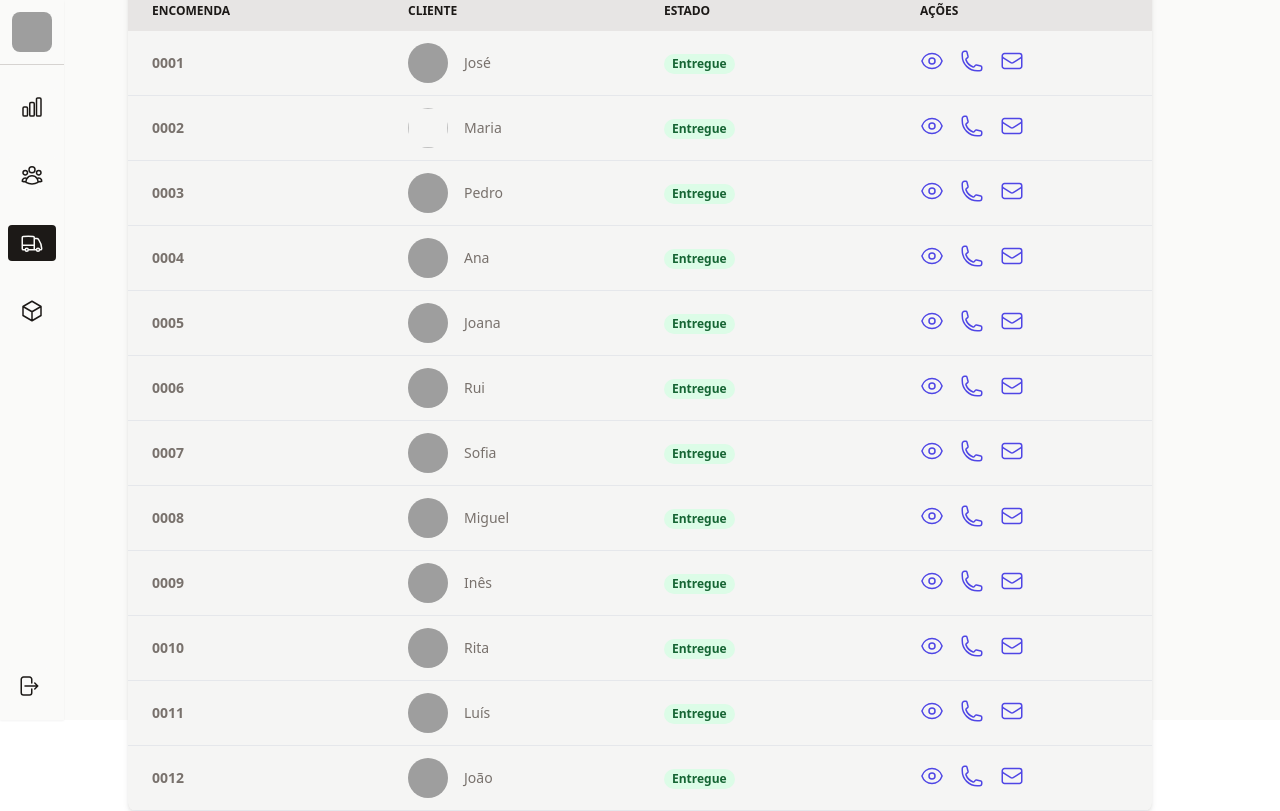
Repository: XavierOtavio/Cuzinhas
Page: /dashboard/orders
An editor plug-in stored every save of this project. The page is shown before and after the next save, followed by the edit.
The browser window is 1280 px wide. The pictures show the whole page.
Pictures or frames that could not be fetched are drawn as grey boxes. The project was rebuilt for these pictures with package versions that can differ from the ones it lists, and the page was loaded fresh each time. Also part of the build but not shown: src/components/Logotipo.js, src/components/Header.js, src/components/Dashboard.js, src/components/Login.js, src/components/Register.js, src/components/Home.js, src/components/LayoutFront.js.

Above is the page before, as saved 2023-03-08 15:45:09.

### src/App.js
import { Route, Routes } from "react-router-dom";
import Header from "./components/Header";
import LayoutBackend from "./components/LayoutBackend";
import Dashboard from "./components/Dashboard";
import Orders from "./components/Orders";
import Login from "./components/Login";
import Register from "./components/Register";
import Home from "./components/Home";
import LayoutFront from "./components/LayoutFront";

function App() {
  return (
    <div className="App">
      <Routes>
        <Route path="/dashboard" element={<LayoutBackend />}>
          <Route path="" element={<Dashboard />} />
          <Route path="orders" element={<Orders />} />
        </Route>
        <Route path="" element={<LayoutFront />}>
          <Route path="/" element={<Home />} />
        </Route>
        <Route path="/login" element={<Login />} />
        <Route path="/register" element={<Register />} />
      </Routes>
    </div>
  );
}

export default App;

### src/components/LayoutBackend.js
import React from "react";
import SideBar from "./SideBar";
import { Outlet } from "react-router-dom";

export default function LayoutBackend() {
  return (
    <>
      <div className="absolute h-screen w-screen">
        <SideBar />
        <div className="relative flex h-full items-center justify-center bg-stone-50">
          <Outlet />
        </div>
      </div>
    </>
  );
}

### src/components/Orders.js
import { EyeIcon, PhoneIcon, EnvelopeIcon } from "@heroicons/react/24/outline";
import { useState } from "react";

export default function Orders() {
  const [search, setSearch] = useState({ status: "" });
  let orders = [
    {
      id: "0001",
      name: "José",
      profilePhoto:
        "https://fd230791b4.cbaul-cdnwnd.com/6573da65277e34d2c8f10c32c9f32cbf/200000001-4c1aa4d753/1246700716628_f.jpg",
      status: "Canceled",
      phone: "912345678",
      email: "jose@cuzinhas.pt",
    },
    {
      id: "0002",
      name: "Maria",
      status: "Refunded",
      phone: "912345678",
      email: "jose@cuzinhas.pt",
    },
    {
      id: "0003",
      name: "Pedro",
      profilePhoto:
        "https://media.npr.org/assets/img/2022/11/08/ap22312071681283-0d9c328f69a7c7f15320e8750d6ea447532dff66.jpg",
      status: "PendingPayment",
      phone: "912345678",
      email: "jose@cuzinhas.pt",
    },
    {
      id: "0004",
      name: "Ana",
      profilePhoto:
        "https://politics.princeton.edu/sites/default/files/styles/square/public/images/Aseel%20Profile%20Pic.jpg?h=96281f56&itok=_XvylDKQ",
      status: "Assembling",
      phone: "912345678",
      email: "jose@cuzinhas.pt",
    },
    {
      id: "0005",
      name: "Joana",
      profilePhoto:
        "https://politics.princeton.edu/sites/default/files/styles/square/public/images/YutianAn0919_0004.jpg?h=6bb51d0e&itok=D-1_EYgw",
      status: "Scheduling",
      phone: "912345678",
      email: "jose@cuzinhas.pt",
    },
    {
      id: "0006",
      name: "Rui",
      profilePhoto:
        "https://politics.princeton.edu/sites/default/files/styles/square/public/images/p-5.jpeg?h=87dbaab7&itok=ub6jAL5Q",
      status: "Scheduled",
      phone: "912345678",
      email: "jose@cuzinhas.pt",
    },
    {
      id: "0007",
      name: "Sofia",
      profilePhoto:
        "https://politics.princeton.edu/sites/default/files/styles/square/public/images/Elizabeth-Bachman_092721_0003.jpg?h=102c6dce&itok=uL0Sbls1",
      status: "Canceled",
      phone: "912345678",
      email: "jose@cuzinhas.pt",
    },
    {
      id: "0008",
      name: "Miguel",
      profilePhoto:
        "https://politics.princeton.edu/sites/default/files/styles/square/public/images/GordonArsenoff_072721_0014-edit%20%281%29.jpg?h=39a78a6d&itok=hgDXBQsE",
      status: "Refunded",
      phone: "912345678",
      email: "jose@cuzinhas.pt",
    },
    {
      id: "0009",
      name: "Inês",
      profilePhoto:
        "https://politics.princeton.edu/sites/default/files/styles/square/public/images/p-4.jpeg?h=6d5fbd74&itok=UAzUQXdO",
      status: "PendingPayment",
      phone: "912345678",
      email: "jose@cuzinhas.pt",
    },
    {
      id: "0010",
      name: "Rita",
      profilePhoto:
        "https://politics.princeton.edu/sites/default/files/styles/square/public/images/Al-Shami.jpeg?h=227444a7&itok=hmE_Lctk",
      status: "Assembling",
      phone: "912345678",
      email: "jose@cuzinhas.pt",
    },
    {
      id: "0011",
      name: "Luís",
      profilePhoto:
        "https://politics.princeton.edu/sites/default/files/styles/square/public/images/Alkhawaldeh_Headshot.jpg?h=6a43611b&itok=RFd3qC78",
      status: "Scheduling",
      phone: "912345678",
      email: "jose@cuzinhas.pt",
    },
    {
      id: "0012",
      name: "João",
      profilePhoto:
        "https://politics.princeton.edu/sites/default/files/styles/square/public/images/Greg%20Amusu%20Department%20Photo%20%28002%29%202.jpeg?itok=lqtdmKJB",
      status: "Scheduled",
      phone: "912345678",
      email: "jose@cuzinhas.pt",
    },
  ];

  const filteredOrders = orders.filter((order) => {
    if (search.status === "") {
      return order;
    } else if (order.status === search.status) {
      return order;
    }
  });

  return (
    <div className="w-full mx-32 overflow-x-auto shadow-md sm:rounded-lg bg-stone-200">
      <div className="flex items-center justify-between pb-4">
        <div className="relative mx-6 my-3 flex-1">
          <select
            required
            value={search.admin}
            name="adminCheck"
            id="adminCheck"
            onChange={(e) => setSearch({ status: e.target.value })}
            className="peer block w-full appearance-none border-0 border-b-2 border-gray-300 bg-transparent px-0 py-2.5 text-sm text-gray-900 focus:border-red-600 focus:outline-none focus:ring-0 "
          >
            <option value={""}>Todos</option>
            <option value={"Canceled"}>Cancelado</option>
            <option value={"Refunded"}>Reembolsado</option>
            <option value={"PendingPayment"}>À espera de pagamento</option>
            <option value={"Assembling"}>Em produção</option>
            <option value={"Scheduling"}>À espera de agendamento</option>
            <option value={"Scheduled"}>Agendado</option>
            <option value={"Assembling"}>Em instalação</option>
            <option value={"Done"}>Concluido</option>
          </select>
          <label
            htmlFor="adminCheck"
            className="absolute top-3 -z-10 origin-[0] -translate-y-6 scale-75 transform text-sm text-gray-500 duration-300 peer-placeholder-shown:translate-y-0 peer-placeholder-shown:scale-100 peer-focus:left-0 peer-focus:-translate-y-6 peer-focus:scale-75 peer-focus:font-medium peer-focus:text-orange-500"
          >
            Tipo de utilizador
          </label>
        </div>
        <div className="flex-[4]" />
      </div>
      <table className="table-fixed w-full text-sm text-left text-stone-500">
        <thead className="text-xs text-stone-900 uppercase ">
          <tr>
            <th className="px-6 py-3" scope="col">
              Encomenda
            </th>
            <th className="px-6 py-3" scope="col">
              Cliente
            </th>
            <th className="px-6 py-3" scope="col">
              Estado
            </th>
            <th className="px-6 py-3" scope="col">
              Ações
            </th>
          </tr>
        </thead>
        <tbody>
          {filteredOrders.map((order) => (
            <tr key={order.id} className="bg-stone-100 border-b">
              <th
                scope="row"
                className="px-6 py-3 whitespace-nowrap cursor-pointer"
              >
                {order.id}
              </th>
              <td className="px-6 py-3 whitespace-nowrap cursor-pointer">
                <div className="flex items-center">
                  <div className="flex-shrink-0 h-10 w-10">
                    <img
                      className="h-10 w-10 rounded-full"
                      src={order.profilePhoto}
                      alt=""
                    />
                  </div>
                  <div className="ml-4">
                    <div className="text-sm font-medium">{order.name}</div>
                  </div>
                </div>
              </td>
              <td className="px-6 py-3 whitespace-nowrap">
                <span className="px-2 inline-flex text-xs leading-5 font-semibold rounded-full bg-green-100 text-green-800">
                  Entregue
                </span>
              </td>
              <td className="px-6 py-3">
                <div className="inline-grid grid-cols-3 gap-4">
                  <EyeIcon className="text-indigo-600 hover:text-indigo-900 cursor-pointer w-6" />
                  <a href={`tel:${order.phone}`}>
                    <PhoneIcon className="text-indigo-600 hover:text-indigo-900 cursor-pointer w-6" />
                  </a>
                  <a href={`mail:${order.email}`}>
                    <EnvelopeIcon className="text-indigo-600 hover:text-indigo-900 cursor-pointer w-6" />
                  </a>
                </div>
              </td>
            </tr>
          ))}
        </tbody>
      </table>
    </div>
  );
}

### src/components/SideBar.js
import React from "react";
import { Link, useLocation } from "react-router-dom";
import {
  ArrowRightOnRectangleIcon,
  ChartBarIcon,
  CubeIcon,
  TruckIcon,
  UserGroupIcon,
} from "@heroicons/react/24/outline";

export default function SideBar() {
  const location = useLocation();
  return (
    <div className="absolute inset-y-0 left-0 z-10 w-16 shadow-sm bg-stone-50">
      <div>
        <div className="inline-flex h-16 w-16 items-center justify-center">
          <Link
            to="/profile"
            className="group relative flex justify-center rounded"
          >
            <img
              alt="user"
              className="rounded-lg h-10 w-10"
              src="https://cdn.discordapp.com/attachments/1082425024104894666/1082799435727253584/xSVMV6xD9Cf7K56wjeEF--1--2htnr.jpg"
            />
            <span className="absolute left-full text-left whitespace-nowrap top-1/2 ml-4 -translate-y-1/2 rounded bg-stone-900 px-2 py-1.5 text-xs font-medium text-stone-50 opacity-0 group-hover:opacity-100">
              Perfil <p className="font-light">Xavier Otávio</p>
            </span>
          </Link>
        </div>
        <div className="border-t border-stone-300">
          <nav aria-label="Main" className="flex flex-col p-2">
            <div className="py-4">
              <Link
                to="/dashboard"
                className={`group relative flex  justify-center rounded  px-2 py-1.5  ${
                  location.pathname === "/dashboard"
                    ? "bg-stone-900 text-stone-50"
                    : "bg-stone-50 text-stone-900"
                }`}
              >
                <ChartBarIcon className="h-6 w-6" />
                <span className="absolute left-full top-1/2 ml-4 -translate-y-1/2 rounded bg-stone-900 px-2 py-1.5 text-xs font-medium text-stone-50 opacity-0 group-hover:opacity-100">
                  Dashboard
                </span>
              </Link>
            </div>
            <div className="py-4">
              <Link
                to="/dashboard/employees"
                className={`group relative flex  justify-center rounded  px-2 py-1.5  ${
                  location.pathname === "/dashboard/employees"
                    ? "bg-stone-900 text-stone-50"
                    : "bg-stone-50 text-stone-900"
                }`}
              >
                <UserGroupIcon className="h-6 w-6" />
                <span className="absolute left-full top-1/2 ml-4 -translate-y-1/2 rounded bg-stone-900 px-2 py-1.5 text-xs font-medium text-stone-50 opacity-0 group-hover:opacity-100">
                  Empregados
                </span>
              </Link>
            </div>
            <div className="py-4">
              <Link
                to="/dashboard/orders"
                className={`group relative flex  justify-center rounded  px-2 py-1.5  ${
                  location.pathname === "/dashboard/orders"
                    ? "bg-stone-900 text-stone-50"
                    : "bg-stone-50 text-stone-900"
                }`}
              >
                <TruckIcon className="h-6 w-6" />
                <span className="absolute left-full top-1/2 ml-4 -translate-y-1/2 rounded bg-stone-900 px-2 py-1.5 text-xs font-medium text-stone-50 opacity-0 group-hover:opacity-100">
                  Encomendas
                </span>
              </Link>
            </div>
            <div className="py-4">
              <Link
                to="/dashboard/stock"
                className={`group relative flex  justify-center rounded  px-2 py-1.5  ${
                  location.pathname === "/dashboard/stock"
                    ? "bg-stone-900 text-stone-50"
                    : "bg-stone-50 text-stone-900"
                }`}
              >
                <CubeIcon className="h-6 w-6" />
                <span className="absolute left-full top-1/2 ml-4 -translate-y-1/2 rounded bg-stone-900 px-2 py-1.5 text-xs font-medium text-stone-50 opacity-0 group-hover:opacity-100">
                  Matérias-primas
                </span>
              </Link>
            </div>
            <div className="py-4 bottom-0 absolute">
              <Link
                to="/"
                className="group relative flex  justify-center rounded bg-stone-50 px-2 py-1.5 text-stone-900"
              >
                <ArrowRightOnRectangleIcon className="h-6 w-6" />
                <span className="absolute left-full top-1/2 ml-4 -translate-y-1/2 rounded bg-stone-900 px-2 py-1.5 text-xs font-medium text-stone-50 opacity-0 group-hover:opacity-100">
                  Sair
                </span>
              </Link>
            </div>
          </nav>
        </div>
      </div>
    </div>
  );
}

Loaded but not shown: public/index.html (common file); src/index.js (common file); src/index.css (common file); src/reportWebVitals.js (common file); tailwind.config.js (common file)

After the next save:
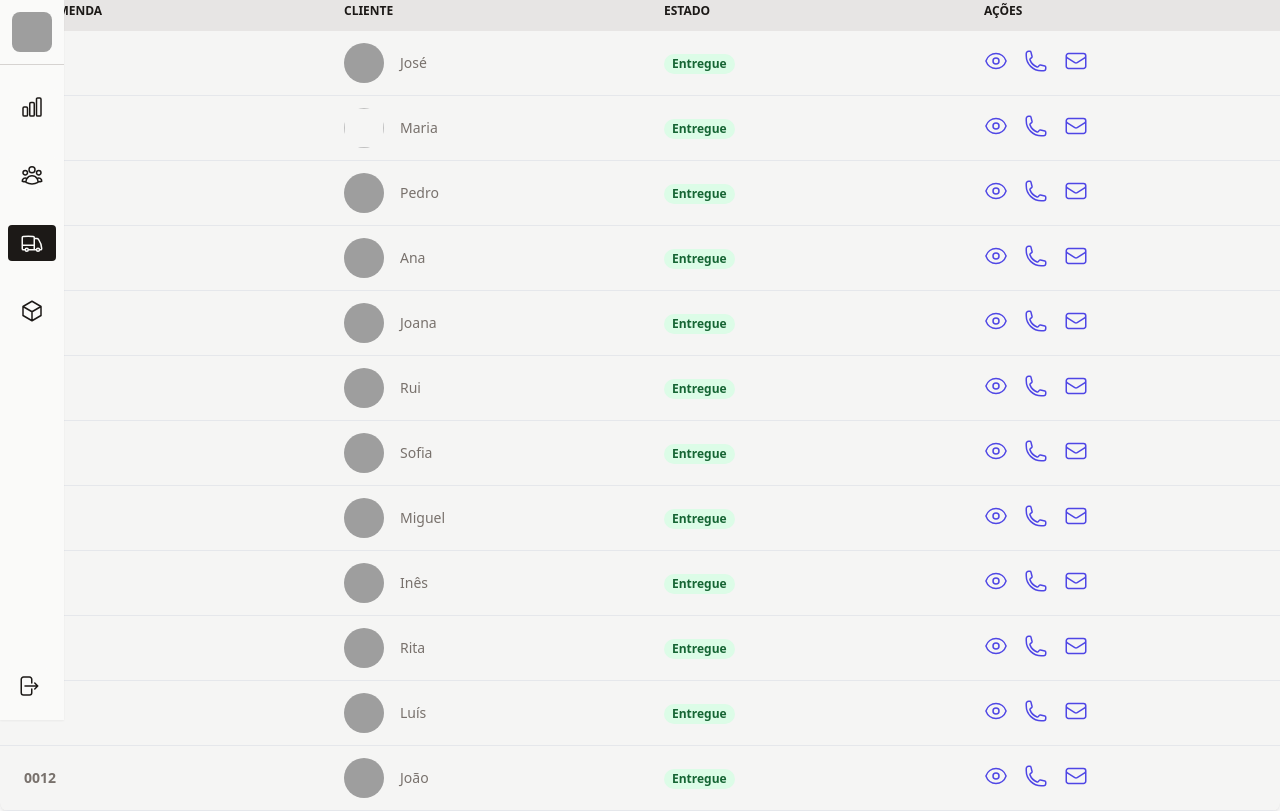
Saved 24 s later.
--- a/src/components/Orders.js
+++ b/src/components/Orders.js
@@ -121,7 +121,7 @@
   });
 
   return (
-    <div className="w-full mx-32 overflow-x-auto shadow-md sm:rounded-lg bg-stone-200">
+    <div className="w-full absolutemx-32 overflow-x-auto shadow-md sm:rounded-lg bg-stone-200">
       <div className="flex items-center justify-between pb-4">
         <div className="relative mx-6 my-3 flex-1">
           <select

After the save that followed:
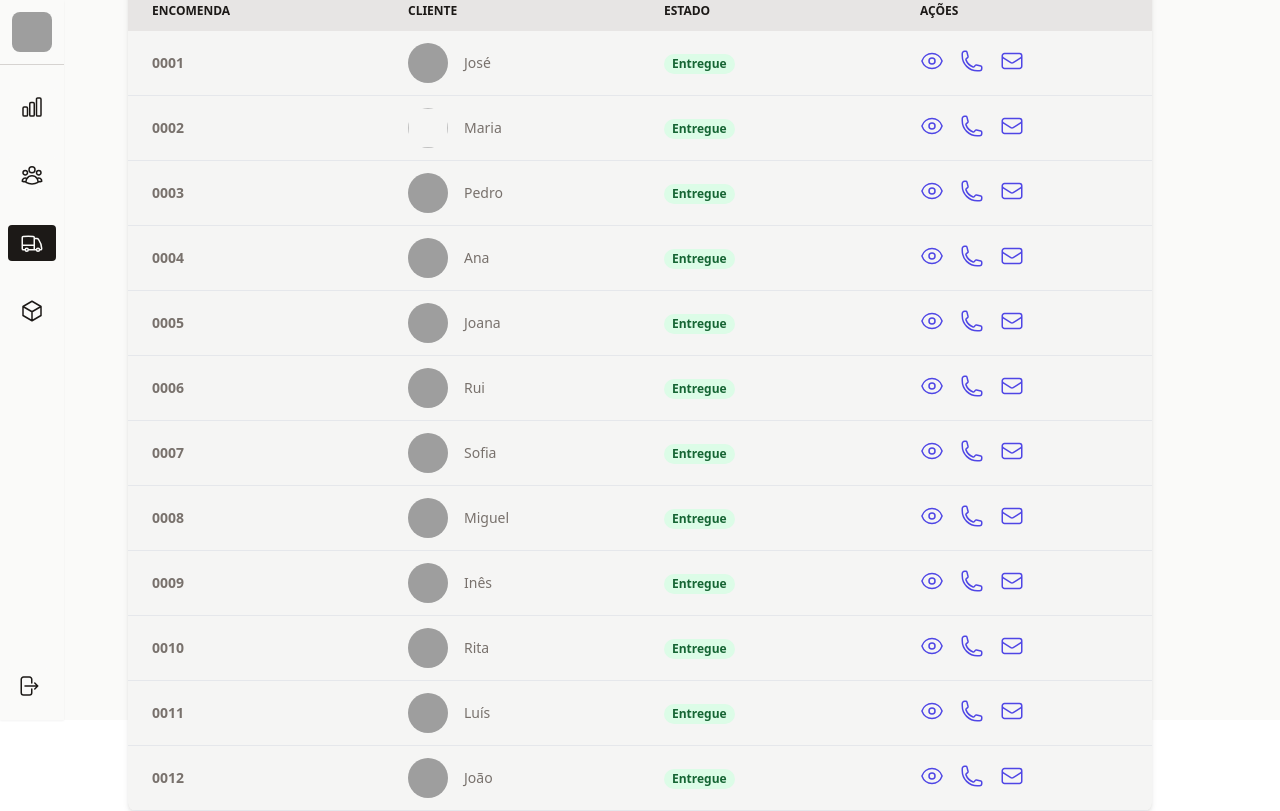
Saved 5 s later.
--- a/src/components/Orders.js
+++ b/src/components/Orders.js
@@ -121,7 +121,7 @@
   });
 
   return (
-    <div className="w-full absolutemx-32 overflow-x-auto shadow-md sm:rounded-lg bg-stone-200">
+    <div className="w-full mx-32 overflow-x-auto shadow-md sm:rounded-lg bg-stone-200">
       <div className="flex items-center justify-between pb-4">
         <div className="relative mx-6 my-3 flex-1">
           <select
